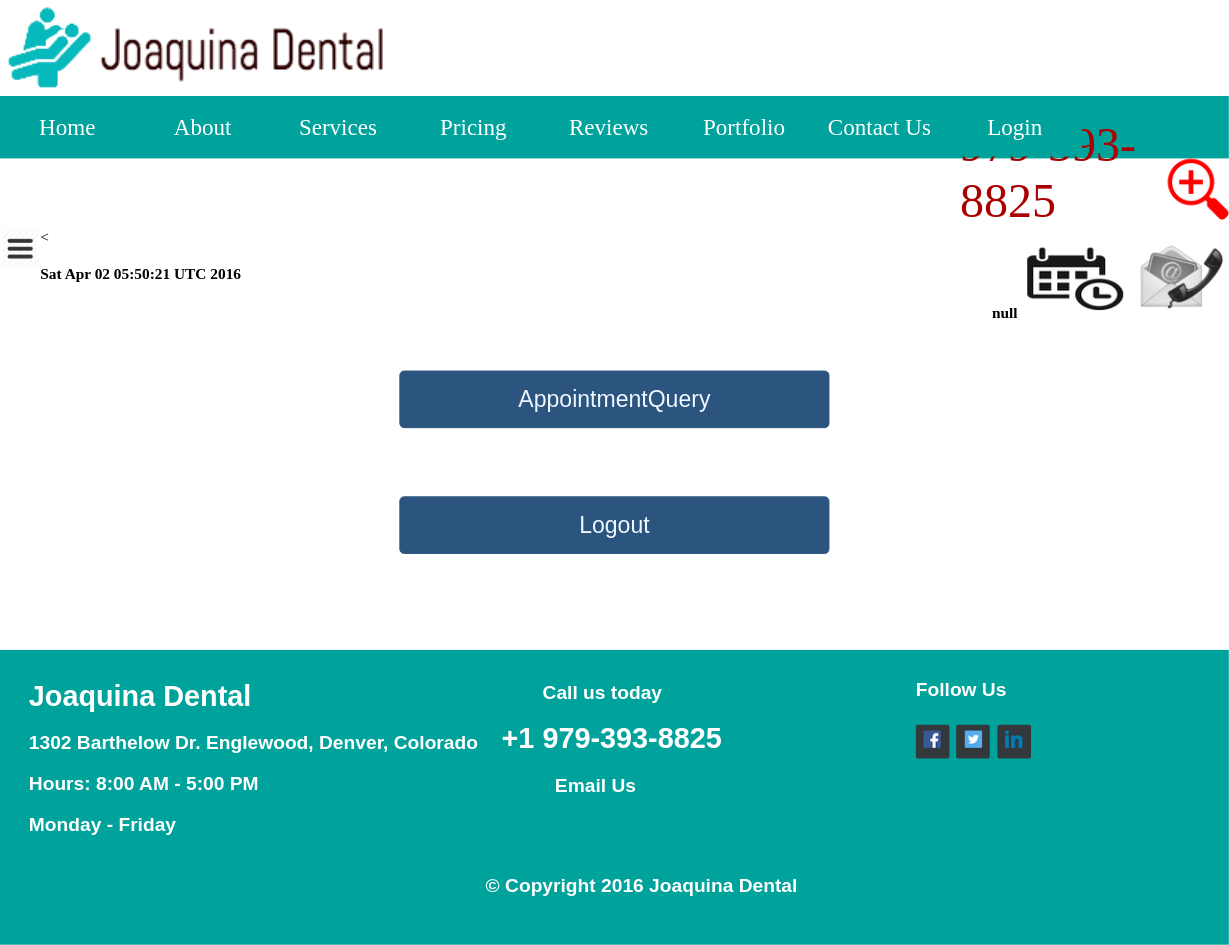
Repository: ManjushaBolishetty/test
Page: http://localhost/test/DentistHomePage.jsp
The author's editor kept a copy of each file at every save. The page is drawn from the files as they stood at one save, then again after the next save.
The browser window is 1280 px wide. The pictures show the whole page, at 96% of full size.
The page is served by Tomcat 9.

Above is the page before, as saved 2016-04-03 06:57:38.

After the next save:
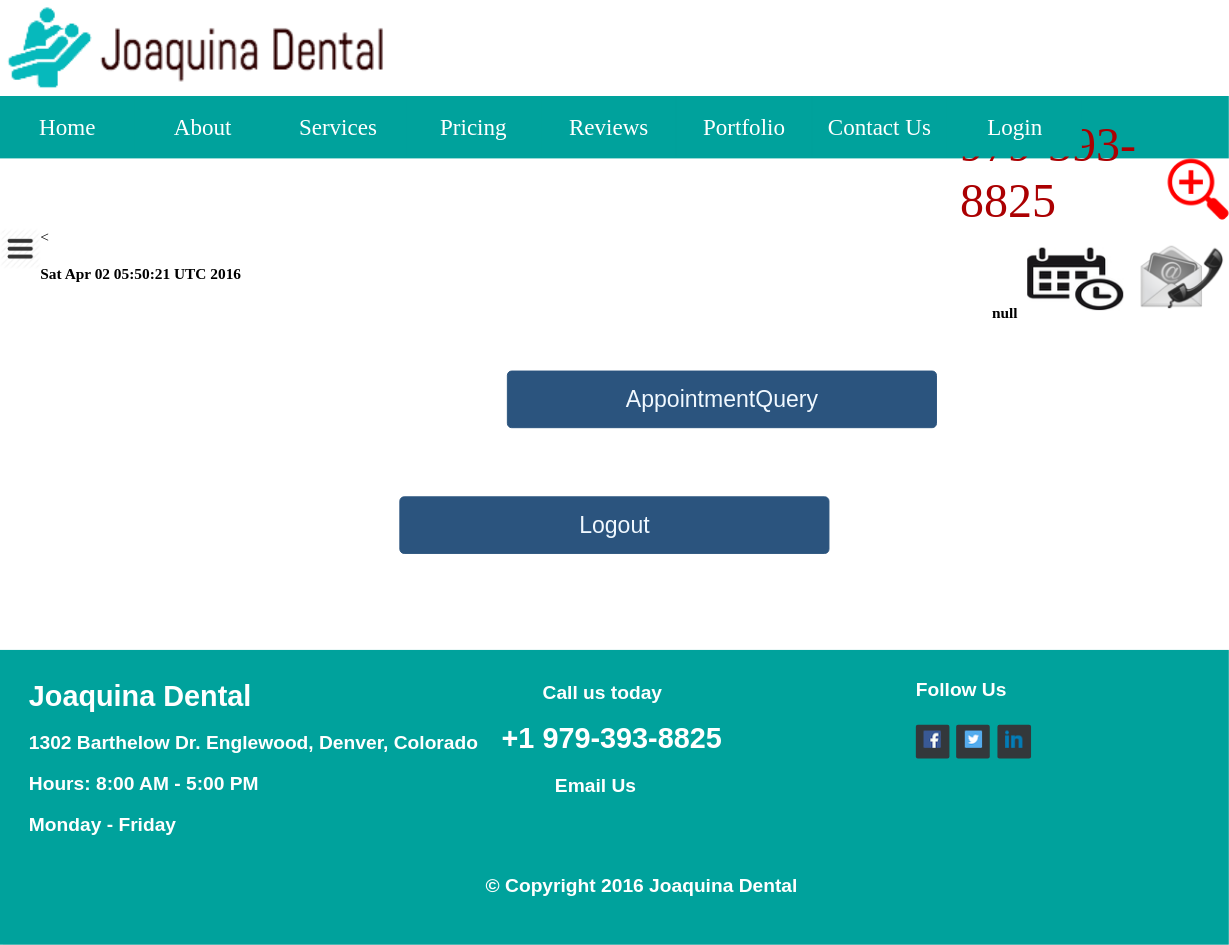
Saved 102 s later.
--- a/test/WebContent/DentistHomePage.jsp
+++ b/test/WebContent/DentistHomePage.jsp
@@ -15,12 +15,17 @@
    Date date = new Date();
    out.print( "<h4 align=\"left\">" +date.toString()+ "</h4>"+ "<h4 align=\"right\">" +session.getAttribute("Dentist_Name") + "</h4>");
 %>
+<div class="appointment" align=center>
   <form action="HelloWorldServlet" method="post">
       <input type="submit" name="AppointmentQuery" value="AppointmentQuery" />
   </form>
+</div>
+
+<div class="appointment" align=left>
   <form action="Login" method="post">
       <input type="submit" name="Logout" value="Logout" />
   </form>
+</div>
   <footer class="footer-distributed">
 			<div class="footer-left">
 
